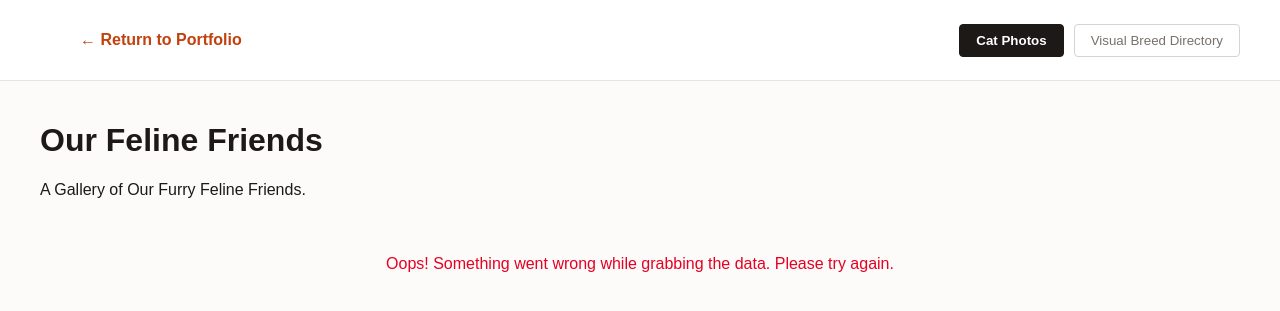
Repository: aisha-ahmadi/aisha-ahmadi-intro-26-3
Page: open-api/index.html
The author's editor kept a copy of each file at every save. The page is drawn from the files as they stood at one save, then again after the next save.
The browser window is 1280 px wide. The pictures show the whole page.
The page's requests for data from a server got no answer.

Above is the page before, as saved 2026-09-13 23:01:09.

### open-api/index.html
<!DOCTYPE html>
<html lang="en">
<head>
    <meta charset="UTF-8">
    <meta name="viewport" content="width=device-width, initial-scale=1.0">
    <title>Open API</title>
    <link rel="stylesheet" href="style.css">
</head>
<body>
    <nav class="navbar">
        <div class="nav-container">
            <ul class="portfolio-link">
                <li><a href="../index.html">← Return to Portfolio</a></li>
            </ul>

            <!-- CONTENT: Navigation endpoints to trigger 2 separate GET requests -->
            <div class="nav-links">
                <button id="view-photos" class="nav-btn active">Cat Photos</button>
                <button id="view-breeds" class="nav-btn">Visual Breed Directory</button>
            </div>
        </div>
    </nav>

  <!-- Content Container -->
  <main class="maincontent">
    <h1 id="page-title">Our Feline Friends</h1>
    <p id="page-subtitle">A Gallery of Our Furry Feline Friends.</p>

    <!-- Dynamic Content Area -->
    <div id="content-grid" class="imgrid">
      <!-- JavaScript will inject cards here -->
    </div>
  </main>
    <script src="api.js"></script>
</body>
</html>

### open-api/style.css
body {
  margin: 0;
  font-family: sans-serif;
  background-color: #fcfbfa; /* Alabaster Off-White */
  color: #1c1917;           /* Stone Charcoal Text */
}

/* 2. Navigation Bar Layout */
.navbar {
  background-color: #ffffff;
  padding: 15px;
  border-bottom: 1px solid #e7e5e4;
}

.nav-container {
  display: flex;
  justify-content: space-between;
  align-items: center;
  max-width: 1200px;
  margin: 0 auto;
}

.portfolio-link li {
  list-style: none;
}
.portfolio-link a {
  text-decoration: none;
  color: #c2410c; /* Terracotta Amber Accent Link */
  font-weight: bold;
}

.nav-links {
  display: flex;
  gap: 10px;
}

.nav-btn {
  padding: 8px 16px;
  border: 1px solid #d6d3d1;
  background-color: #ffffff;
  color: #78716c;
  cursor: pointer;
  border-radius: 4px;
}

/* Active endpoint toggle */
.nav-btn.active {
  background-color: #1c1917; /* Stone Charcoal Button Background */
  color: #ffffff;
  border-color: #1c1917;
  font-weight: bold;
}

/* 3. Card Elements & Content Spacing */
.maincontent {
  max-width: 1200px;
  margin: 0 auto;
  padding: 20px;
}

.imgrid {
  display: grid;
  grid-template-columns: repeat(auto-fill, minmax(280px, 1fr));
  gap: 20px;
}

.col-lg {
  background-color: #ffffff;
  border: 1px solid #e7e5e4;
  border-radius: 6px;
  overflow: hidden;
  display: flex;
  flex-direction: column;
}

.col-lg img {
  width: 100%;
  height: 200px;
  object-fit: cover;
}

.cat-info {
  padding: 15px;
  display: flex;
  flex-direction: column;
  gap: 6px;
}

.cat-title {
  margin: 0;
  font-size: 16px;
  font-weight: bold;
  color: #1c1917;
}

.cat-desc {
  margin: 0;
  font-size: 13px;
  color: #78716c; /* Warm Taupe Description Text */
  line-height: 1.4;
}

.status-msg {
  text-align: center;
  padding: 40px;
  color: #78716c;
  grid-column: 1 / -1;
}

### open-api/api.js
/*
document.addEventListener("DOMContentLoaded", () => {
  const url = `https://api.thecatapi.com/v1/images/search?limit=20`;
  const api_key = "live_N7ckGel1dswiU96OlKsxJRXJEL4EzCiimYUuZDQg8StIHztA44fXEOcmkD9689sy"; // Make sure this is your real key

  fetch(url, {
    headers: {
      'x-api-key': api_key
    }
  })
  .then((response) => response.json())
  .then((data) => {
    data.map(function(imageData) {
      let image = document.createElement('img');
      image.src = imageData.url;

      let gridCell = document.createElement('div');
      gridCell.classList.add('col', 'col-lg'); // Standard way to add multiple classes
      gridCell.appendChild(image);

      document.getElementById('grid').appendChild(gridCell);
    });
  })
  .catch(function(error) {
     console.error(error);
  });
});
*/
// --- FUNCTIONALITY: API Configuration ---
const BASE_URL = 'https://api.thecatapi.com/v1';
const api_key = "live_N7ckGel1dswiU96OlKsxJRXJEL4EzCiimYUuZDQg8StIHztA44fXEOcmkD9689sy";

// Selection of HTML Nodes
const gridContainer = document.getElementById('content-grid');
const photosBtn = document.getElementById('view-photos');
const breedsBtn = document.getElementById('view-breeds');
const pageTitle = document.getElementById('page-title');
const pageSubtitle = document.getElementById('page-subtitle');

// First GET Request
function getCatPhotos() {
  showLoading();

  // Appends the endpoint and your 20-image limit perfectly
  //fetch(`${BASE_URL}/images/search?limit=20`)
    fetch(`${BASE_URL}/images/search?limit=20`, {
    headers: {
      'x-api-key': api_key
    }
  })
    .then(response => {
      if (!response.ok) throw new Error('Failed to retrieve photos');
      return response.json();
    })
    .then(data => {
      gridContainer.innerHTML = ''; // Clear loading message

      data.forEach(cat => {
        const card = document.createElement('div');
        card.className = 'col-lg';
        card.innerHTML = `
          <img src="${cat.url}" alt="Cute Cat Snapshot">
          <div class="cat-info">

          </div>
        `;
        gridContainer.appendChild(card);
      });
    })
    .catch(error => handleRenderError(error));
}

// Second GET Request
function getCatBreeds() {
  showLoading();

  // Separate endpoint requesting ONLY breed information
  //fetch(`${BASE_URL}/breeds?limit=20`)
  //fetch(`${BASE_URL}/images/search?limit=10&has_breeds=1`)
   fetch(`${BASE_URL}/images/search?limit=20&has_breeds=1`, {
    headers: {
      'x-api-key': api_key
    }
  })
    .then(response => {
      if (!response.ok) throw new Error('Failed to retrieve breeds');
      return response.json();
    })
    .then(data => {
      gridContainer.innerHTML = ''; // Clear loading message

      data.forEach(cat => {
  // Extract the breed information nested inside the image data
     const breedInfo = cat.breeds && cat.breeds.length > 0 ? cat.breeds[0] : null;

  // Set up safe fallbacks so undefined variables don't crash your script
     const breedName = breedInfo ? breedInfo.name : "Unknown Breed";
     const breedTemp = breedInfo ? breedInfo.temperament : "Sweet & playful";
     const breedDesc = breedInfo ? breedInfo.description : "No description available.";

        const card = document.createElement('div');
        card.className = 'col-lg';
        card.innerHTML = `
          <img src="${cat.url}" alt="${breedName}">
          <div class="cat-info">
          <p class="cat-title">${breedName}</p>
          <p class="cat-desc"><strong>Temperament:</strong> ${breedTemp}</p>
          <p class="cat-desc" style="margin-top: 8px;">${breedDesc}</p>
          </div>
        `;
        gridContainer.appendChild(card);
      });
    })
    .catch(error => handleRenderError(error));
}

function showLoading() {
  gridContainer.innerHTML = '<div class="status-msg">Fetching items from the API...</div>';
}

function handleRenderError(error) {
  console.error("API error details:", error);
  gridContainer.innerHTML = `<div class="status-msg" style="color: #e60023;">Oops! Something went wrong while grabbing the data. Please try again.</div>`;
}


photosBtn.addEventListener('click', () => {
  if (photosBtn.classList.contains('active')) return;


  photosBtn.classList.add('active');
  breedsBtn.classList.remove('active');
  pageTitle.textContent = "Our Feline Friends";
  pageSubtitle.textContent = "A Pinterest-style view of our favorite felines.";


  getCatPhotos();
});

breedsBtn.addEventListener('click', () => {
  if (breedsBtn.classList.contains('active')) return;


  breedsBtn.classList.add('active');
  photosBtn.classList.remove('active');
  pageTitle.textContent = "Breed Directory";
  pageSubtitle.textContent = "Detailed profiles of various cat breeds.";

  getCatBreeds();
});


window.addEventListener('DOMContentLoaded', getCatPhotos);

After the next save:
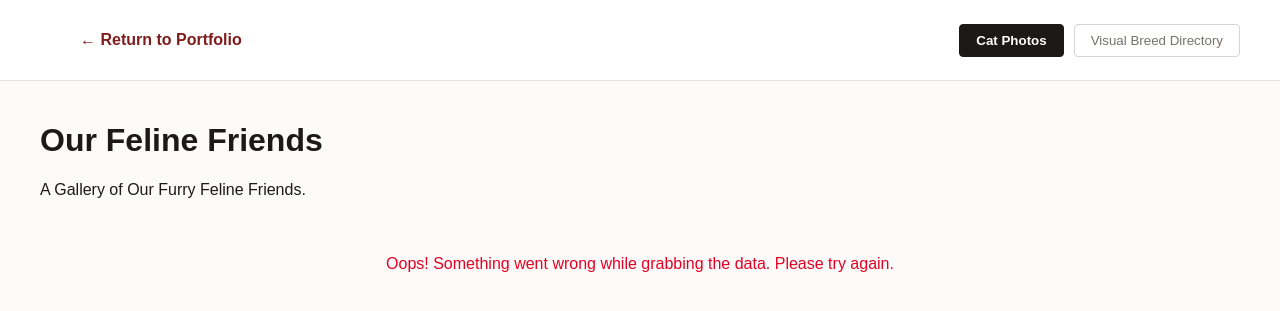
Saved 65 s later.
--- a/open-api/style.css
+++ b/open-api/style.css
@@ -1,8 +1,8 @@
 body {
   margin: 0;
   font-family: sans-serif;
-  background-color: #fcfbfa; /* Alabaster Off-White */
-  color: #1c1917;           /* Stone Charcoal Text */
+  background-color: #fcfbfa;
+  color: #1c1917;
 }
 
 /* 2. Navigation Bar Layout */
@@ -25,7 +25,7 @@ body {
 }
 .portfolio-link a {
   text-decoration: none;
-  color: #c2410c; /* Terracotta Amber Accent Link */
+  color: #7f1d1d;
   font-weight: bold;
 }
 
@@ -43,15 +43,15 @@ body {
   border-radius: 4px;
 }
 
-/* Active endpoint toggle */
+
 .nav-btn.active {
-  background-color: #1c1917; /* Stone Charcoal Button Background */
+  background-color: #1c1917;
   color: #ffffff;
   border-color: #1c1917;
   font-weight: bold;
 }
 
-/* 3. Card Elements & Content Spacing */
+
 .maincontent {
   max-width: 1200px;
   margin: 0 auto;
@@ -96,7 +96,7 @@ body {
 .cat-desc {
   margin: 0;
   font-size: 13px;
-  color: #78716c; /* Warm Taupe Description Text */
+  color: #78716c;
   line-height: 1.4;
 }
 
